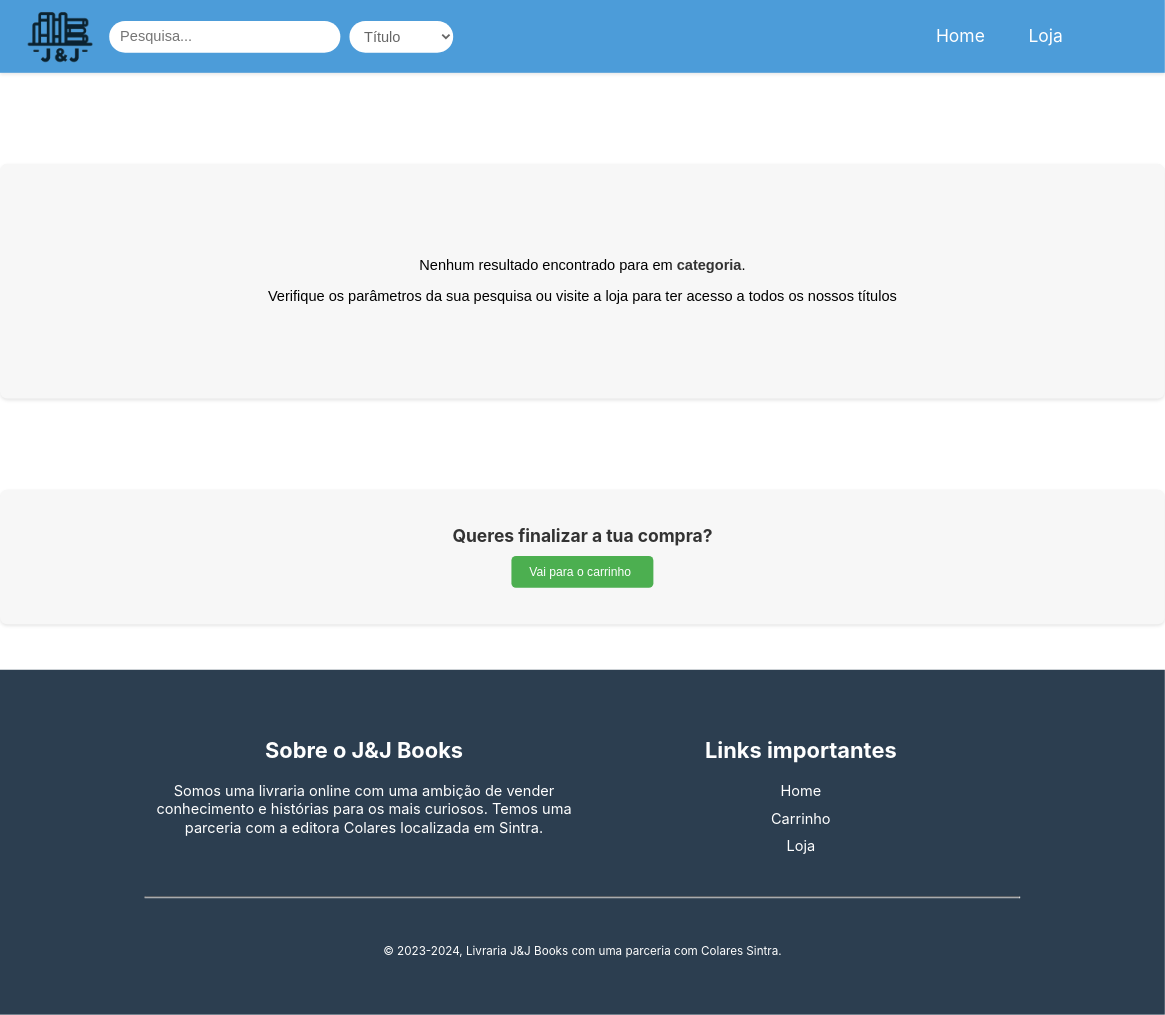
Repository: JoaoVitorFigueiredo/colareseditora
Page: /search
The author's editor kept a copy of each file at every save. The page is drawn from the files as they stood at one save, then again after the next save.
The browser window is 1280 px wide. The pictures show the whole page, at 91% of full size.
Some icons come from a web library that is not loaded, so they are not drawn. The page's requests for data from a server got no answer. The project was rebuilt for these pictures with package versions that can differ from the ones it lists, and the page was loaded fresh each time. No one was signed in, and anything a server would have sent is missing. Also part of the build but not shown: src/Components/book-thumbnail.css, src/Utils/CartUtils.js, src/Components/book-thumbnail.js, src/Components/filter/filter.css, src/Components/filter/filter.js, src/Components/pageNav/pageNav.css, src/Components/pageNav/pageNav.js, src/Pages/shop/shop.css and 9 more.

Above is the page before, as saved 2024-04-18 21:16:49.

After the next save:
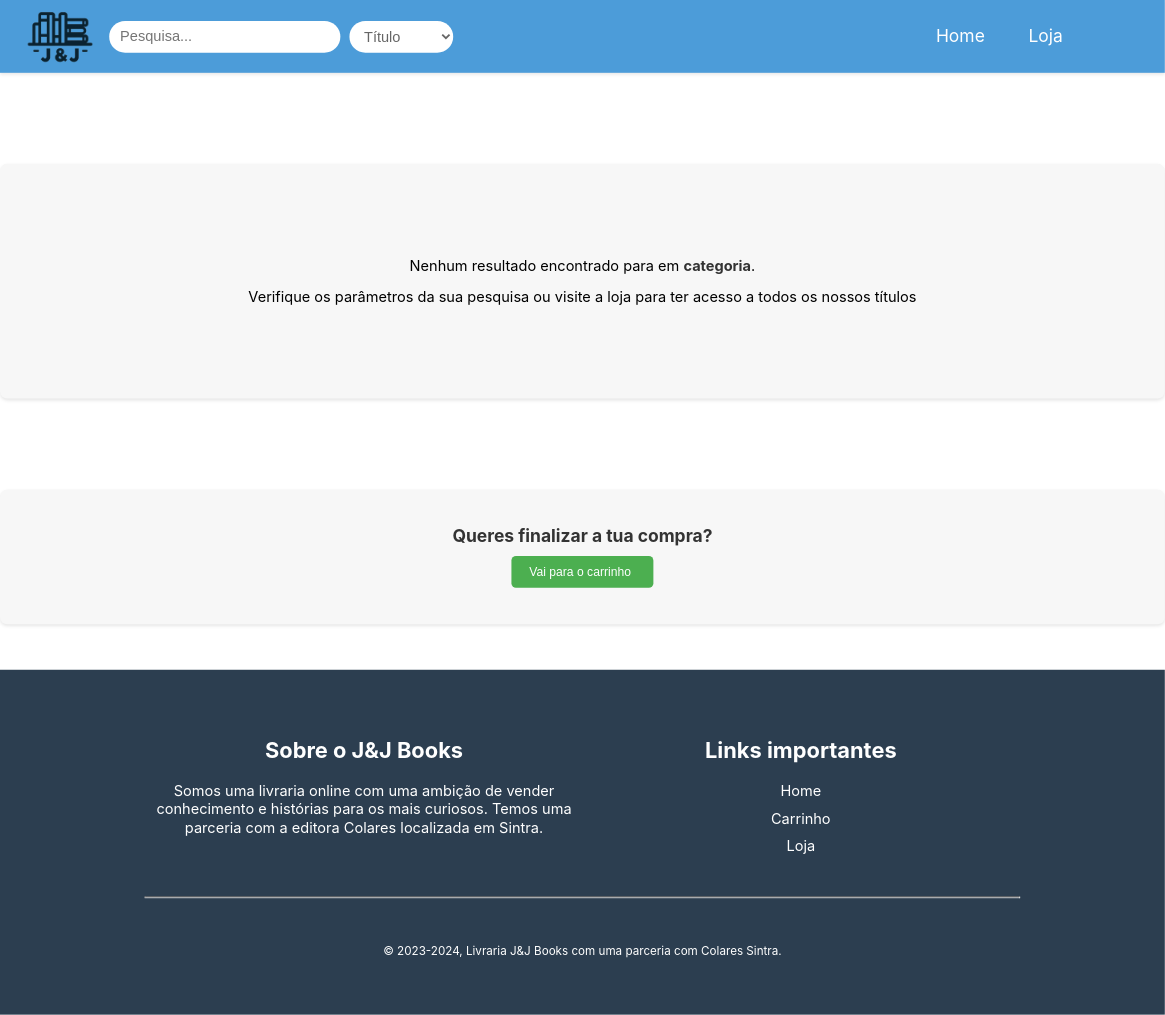
Saved 12 s later.
--- a/src/Pages/search/search.css
+++ b/src/Pages/search/search.css
@@ -1,5 +1,4 @@
 .search-result {
-    font-family: Arial, sans-serif;
     background-color: #f7f7f7;
     padding: 100px;
     border-radius: 8px;
